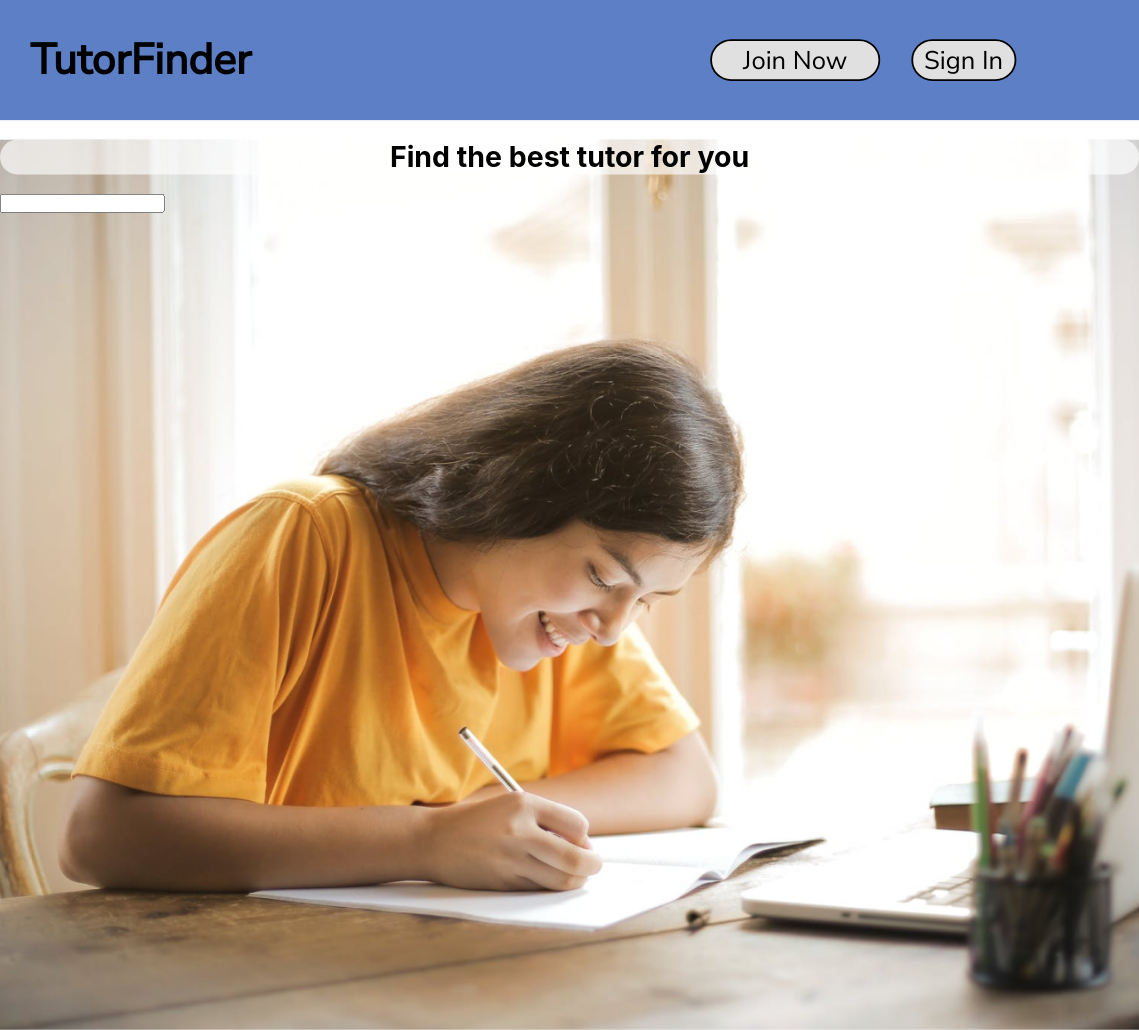
Repository: uprm-inso-4117-2020-2021-s2/semester-project-uprm-inso-4117-2020-2021-s2-team-7
Page: / (app in tutorfinder/)
An editor plug-in stored every save of this project. The page is shown before and after the next save, followed by the edit.
The browser window is 1280 px wide. The pictures show the whole page, at 89% of full size.
The project was rebuilt for these pictures with package versions that can differ from the ones it lists, and the page was loaded fresh each time. Also part of the build but not shown: tutorfinder/src/App.css.

Above is the page before, as saved 2021-03-29 23:24:48.

After the next save:
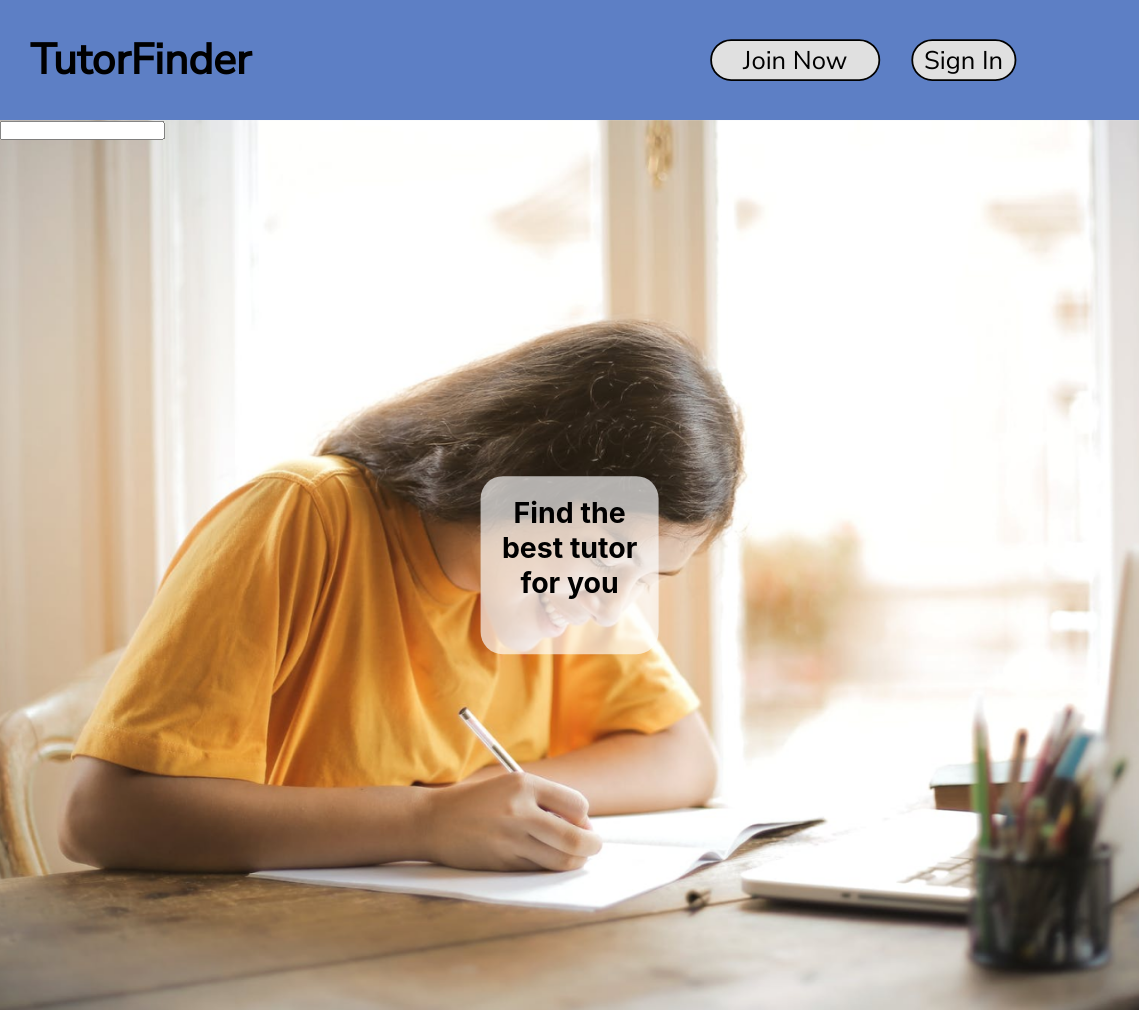
Saved 54 s later.
--- a/tutorfinder/src/Welcome.css
+++ b/tutorfinder/src/Welcome.css
@@ -5,12 +5,18 @@
 background-image: url("./assets/bg.png");
 height: 1000px;
 width: 100% !important;
-vertical-align: middle;
+position:relative;
 }
 
 .square{
     background: rgba(255, 255, 255, 0.65);
 border-radius: 25px;
 text-align: center;
-vertical-align: middle;
+position:absolute;
+top:50%;
+left:50%;
+width :200px;
+height:200px;
+margin-left:-100px;
+margin-top:-100px;
 }
